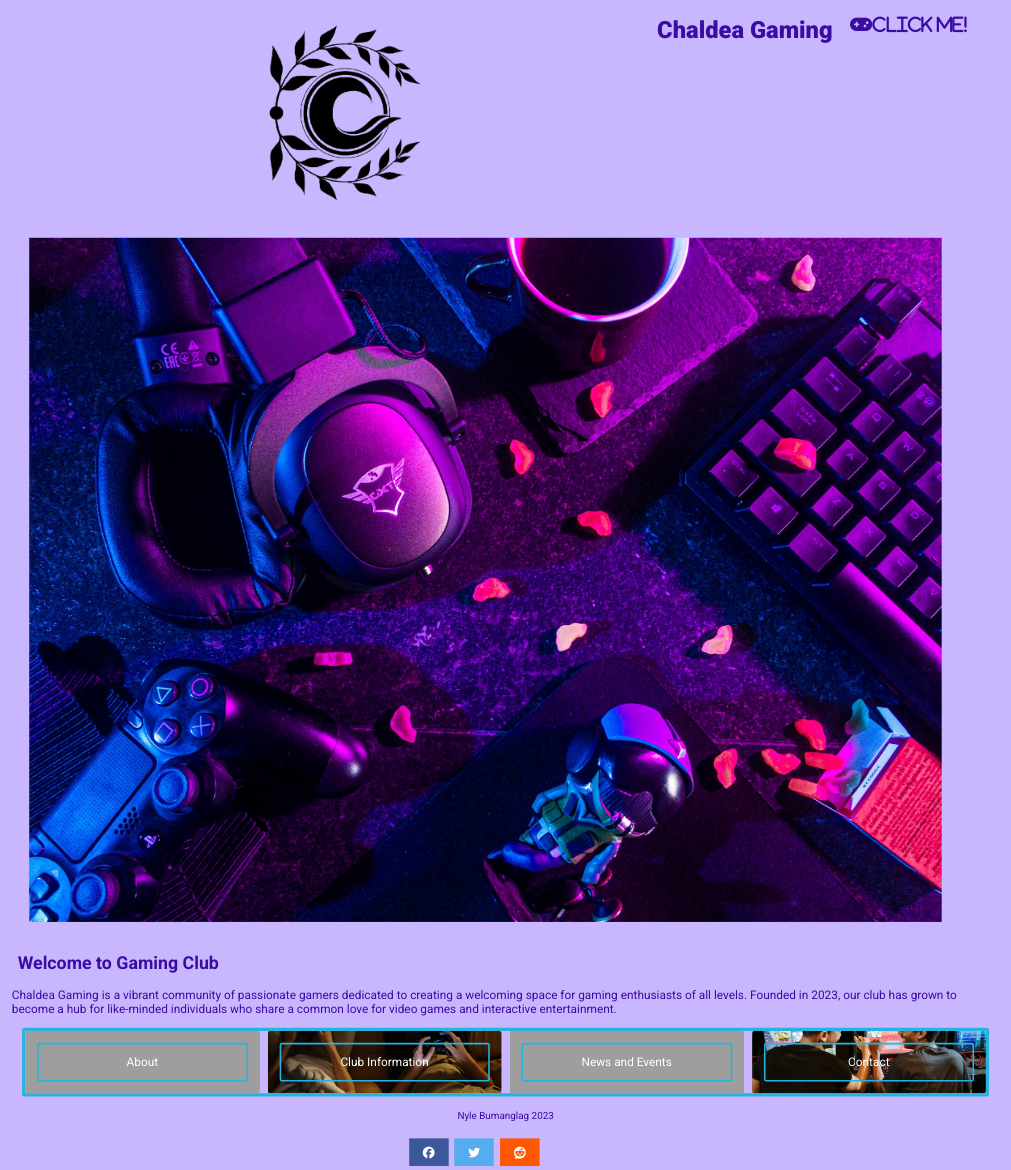
Repository: NyleNC/School-Projects
Page: Hmtl and CSS project/Index.html
The author's editor kept a copy of each file at every save. The page is drawn from the files as they stood at one save, then again after the next save.
The browser window is 1280 px wide. The pictures show the whole page, at 79% of full size.
Pictures or frames that could not be fetched are drawn as grey boxes. Some web libraries are served in a nearby version.

Above is the page before, as saved 2025-01-05 17:19:11.

After the next save:
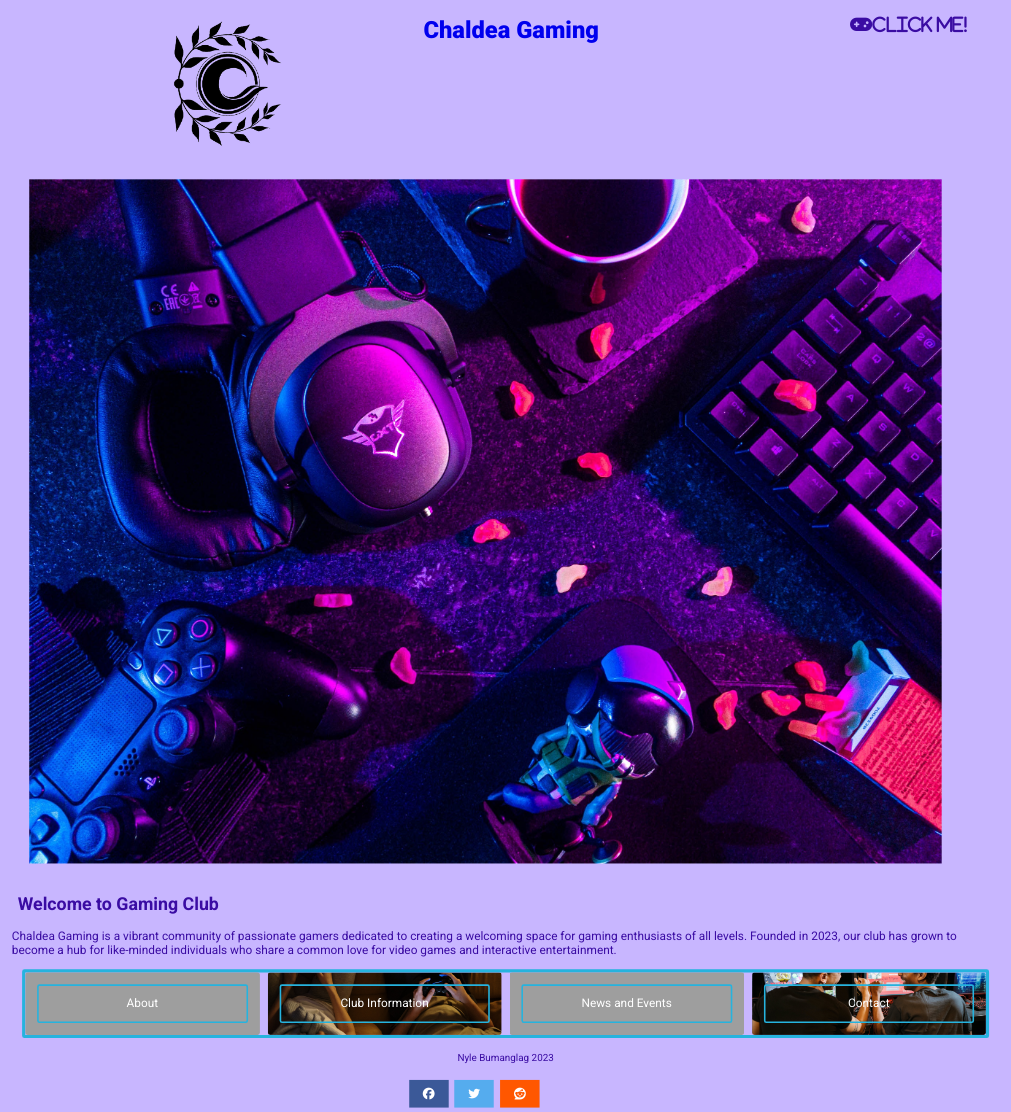
Saved 2 s later.
--- a/Hmtl and CSS project/Index.html
+++ b/Hmtl and CSS project/Index.html
@@ -27,9 +27,11 @@
             </ul>
         </nav>
         <div class="logo">
-           <img src="Images/Logo.png" alt="Logo" width="100" height="200" >
-           <h1>Chaldea Gaming</h1>
-    </div>
+            <a href="Index.html">
+            <img src="Images/Logo.png" alt="Logo" width="100" height="200"  >
+            <h1>Chaldea Gaming</h1>
+        </a>
+     </div>
     <div>
     <img src="Images/Header-picture.jpg" alt="A picture of gaming equipment" width="2000" height="1500">
     </div>
